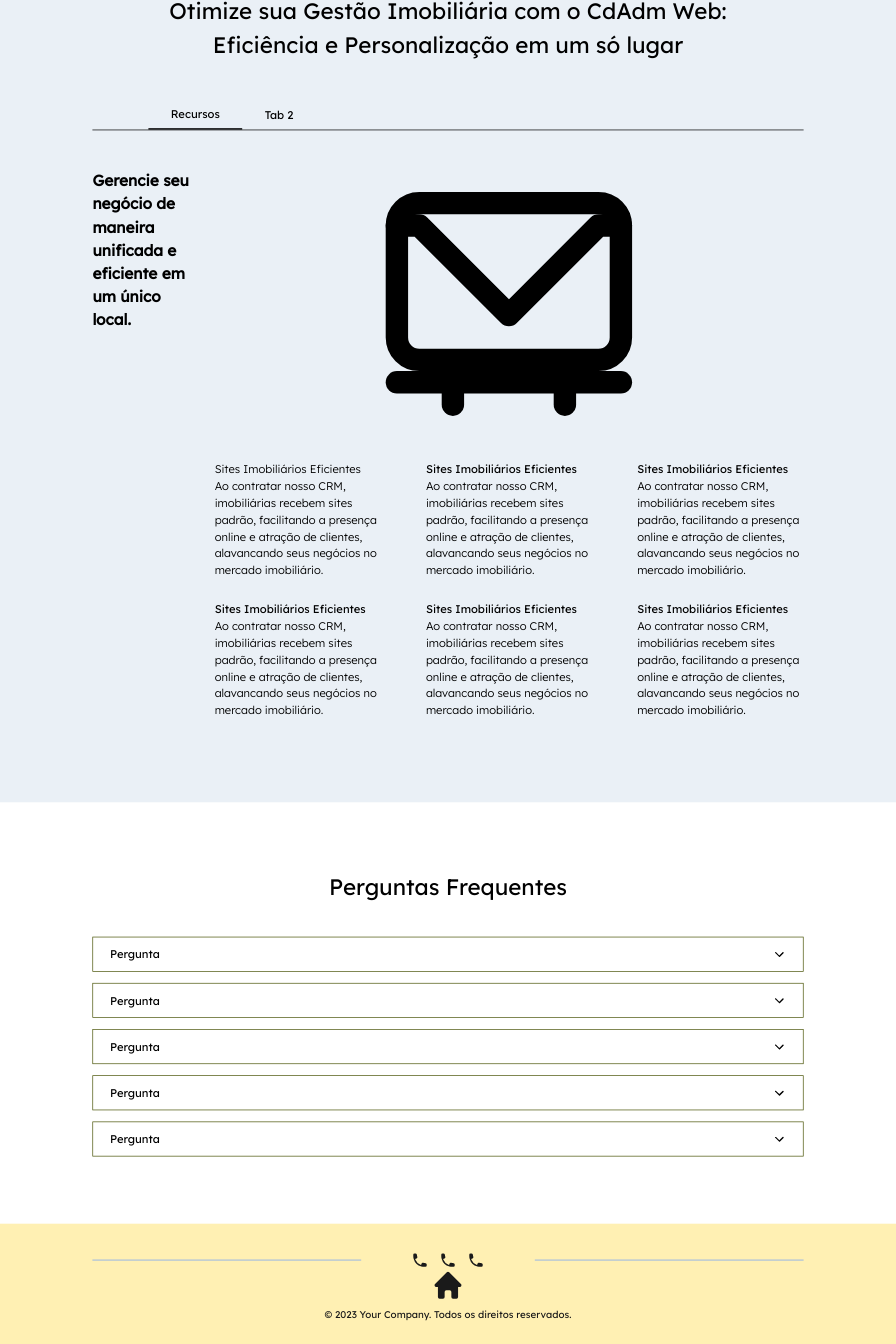
Repository: VereAbsolutum/site-institucional
Page: /cdAdmgrafico
The author's editor kept a copy of each file at every save. The page is drawn from the files as they stood at one save, then again after the next save.
The browser window is 1280 px wide. The pictures show the part of the page from y = 1233 to 3153 px (the page is 3162 px tall before and 3195 px after), at 70% of full size.
The project was rebuilt for these pictures with package versions that can differ from the ones it lists, and the page was loaded fresh each time. Also part of the build but not shown: vite.config.ts, src/presentation/components/buttons/button-base.tsx, src/presentation/components/buttons/button-border-primary.tsx, src/presentation/components/buttons/button-primary.tsx, src/presentation/components/links/link-border-primary.tsx, src/presentation/components/links/link-border-white.tsx, src/presentation/components/typography/display.tsx, src/presentation/components/typography/paragraph-small.tsx and 12 more.

Above is the page before, as saved 2023-04-16 19:36:22.

### src/App.tsx
import React from 'react'
import { BrowserRouter, Routes, Route } from "react-router-dom"
import { Home, NotFound, Product } from './presentation/pages'

const App: React.FC = () => {
  return (
    <BrowserRouter >
      <Routes>
        <Route path='/' element={<Home />} />
        <Route path='/cdAdmgrafico' element={<Product />} />
        <Route path='*' element={<NotFound />} />
      </Routes>
    </BrowserRouter>
  )
}

export default App

### src/index.css
@import url('https://fonts.googleapis.com/css2?family=Lexend+Deca:wght@300;400&family=Manrope:wght@800&family=Playfair+Display:wght@500&display=swap');

@tailwind base;
@tailwind components;
@tailwind utilities;

### src/presentation/pages/index.ts
export { default as Home } from './home/home'
export { default as Product } from './product/product'
export { default as NotFound } from './not-found/notFound'

### src/presentation/pages/product/product.tsx
import { Tab } from '@headlessui/react';
import { MapPinIcon } from '@heroicons/react/24/solid';
import React, { useState } from 'react';
import { Accordion, Footer, Header, LinkPrimary, TabButton, TabPanel, TextHeading1, TextHeading2, TextHeading3, TextParagraph } from '../../components';

export type Pergunta = {
    title: string,
    content: string
}

const product: React.FC = () => {
    const [activeTab, setActiveTab] = useState(0);

    const perguntasFrequentes: Pergunta[] = [
        {
            title: 'Pergunta',
            content: 'Resposta para a pergunta 1. Lorem ipsum dolor sit amet, consectetur adipiscing elit.'
        },
        {
            title: 'Pergunta',
            content: 'Resposta para a pergunta 1. Lorem ipsum dolor sit amet, consectetur adipiscing elit.'
        },
        {
            title: 'Pergunta',
            content: 'Resposta para a pergunta 1. Lorem ipsum dolor sit amet, consectetur adipiscing elit.'
        },
        {
            title: 'Pergunta',
            content: 'Resposta para a pergunta 1. Lorem ipsum dolor sit amet, consectetur adipiscing elit.'
        },
        {
            title: 'Pergunta',
            content: 'Resposta para a pergunta 1. Lorem ipsum dolor sit amet, consectetur adipiscing elit.'
        },
    ]

    return (
        <>
            <Header />
            <main>
                <section>
                    <div className='container py-12 mb-12'>
                        <div className='grid grid-cols-1 sm:grid-cols-2'>
                            <div className='flex justify-center items-center'>
                                <svg xmlns="http://www.w3.org/2000/svg" width="150" height="150" viewBox="0 0 24 24" fill="none" stroke="currentColor" strokeWidth="2" strokeLinecap="round" strokeLinejoin="round" className="w-full h-auto sm:max-w-sm">
                                    <rect x="2" y="3" width="20" height="14" rx="2" ry="2"></rect>
                                    <path d="M22 5H20L12 13L4 5H2"></path>
                                    <line x1="2" y1="19" x2="22" y2="19"></line>
                                    <line x1="7" y1="19" x2="7" y2="21"></line>
                                    <line x1="17" y1="19" x2="17" y2="21"></line>
                                </svg>
                            </div>

                            <div className='sm:pt-10'>
                                <p className='m-0'>
                                    <MapPinIcon className="w-6 h-6 text-indigo-600 inline-block mr-2" />
                                    <TextParagraph className='text-semibold'>CdAdm Web</TextParagraph>
                                </p>
                                <h1 className='mb-4'>
                                    <TextHeading1>
                                        CRM para sua Empresa
                                    </TextHeading1>
                                </h1>
                                <div className='mb-4'>
                                    <LinkPrimary className='py-4 block md:inline-block text-center lg:text-left hidden'>
                                        Começe agora e peça uma demonstração
                                    </LinkPrimary>
                                    <LinkPrimary className='py-4 block md:hidden text-center lg:text-left'>
                                        Peça uma demonstração
                                    </LinkPrimary>
                                </div>

                                <p className='mb-4 pr-12'>
                                    <TextParagraph>
                                        O CdAdm Web é uma solução inovadora em CRM para imobiliárias, otimizando a gestão do seu negócio e fortalecendo sua marca no mundo digital. Eficiência na palma da sua mão.
                                    </TextParagraph>
                                </p>
                            </div>
                        </div>
                    </div>
                </section>

                <section>
                    <div className='container py-12 mb-12'>
                        <div className='grid sm:grid-cols-2'>
                            <div className='sm:pr-32'>
                                <h2 className='mb-4'>
                                    <TextHeading2>
                                        Tudo dentro de uma só plataforma
                                    </TextHeading2>
                                </h2>
                                <p className='mb-4'>
                                    <TextParagraph>
                                        O CdAdm Web oferece um dashboard personalizável adaptado às necessidades do usuário, permitindo o fácil acesso a informações relevantes. Com a possibilidade de adicionar novos cadastros rapidamente, a plataforma simplifica e agiliza a gestão imobiliária.
                                    </TextParagraph>
                                </p>
                                <p>
                                    <TextParagraph>
                                        Além disso, o sistema permite visualizar os bens dos proprietários e gerenciar cadastros de pessoas jurídicas e seus sócios, facilitando o acompanhamento de informações importantes para o sucesso do seu negócio imobiliário.
                                    </TextParagraph>
                                </p>
                            </div>

                            <div className='flex justify-center items-center'>
                                <svg xmlns="http://www.w3.org/2000/svg" width="150" height="150" viewBox="0 0 24 24" fill="none" stroke="currentColor" strokeWidth="2" strokeLinecap="round" strokeLinejoin="round" className="w-full h-auto sm:max-w-sm">
                                    <rect x="2" y="3" width="20" height="14" rx="2" ry="2"></rect>
                                    <path d="M22 5H20L12 13L4 5H2"></path>
                                    <line x1="2" y1="19" x2="22" y2="19"></line>
                                    <line x1="7" y1="19" x2="7" y2="21"></line>
                                    <line x1="17" y1="19" x2="17" y2="21"></line>
                                </svg>
                            </div>
                        </div>

                    </div>
                </section>

                <section className='bg-blue-light border-0'>
                    <div className='container py-20 mb-12'>
                        <h2 className='text-center px-20 mb-14'>
                            <TextHeading2 >
                                Otimize sua Gestão Imobiliária com o CdAdm Web: Eficiência e Personalização em um só lugar
                            </TextHeading2>
                        </h2>
                        <div>

                            <div className="flex border-b mb-4 px-20">
                                <TabButton title="Recursos" active={activeTab === 0} onClick={() => setActiveTab(0)} />
                                <TabButton title="Tab 2" active={activeTab === 1} onClick={() => setActiveTab(1)} />
                            </div>
                            <TabPanel active={activeTab === 0}>

                                <div className="grid grid-cols-6 gap-8 py-10">
                                    <div>
                                        <h3 className='font-600'>
                                            <TextHeading3>
                                                Gerencie seu negócio de maneira unificada e eficiente em um único local.
                                            </TextHeading3>
                                        </h3>
                                    </div>
                                    <div className='col-span-5'>
                                        <div className='grid gap-8'>
                                            <div className='flex justify-center items-center'>
                                                <svg xmlns="http://www.w3.org/2000/svg" width="150" height="150" viewBox="0 0 24 24" fill="none" stroke="currentColor" strokeWidth="2" strokeLinecap="round" strokeLinejoin="round" className="w-full h-auto sm:max-w-sm">
                                                    <rect x="2" y="3" width="20" height="14" rx="2" ry="2"></rect>
                                                    <path d="M22 5H20L12 13L4 5H2"></path>
                                                    <line x1="2" y1="19" x2="22" y2="19"></line>
                                                    <line x1="7" y1="19" x2="7" y2="21"></line>
                                                    <line x1="17" y1="19" x2="17" y2="21"></line>
                                                </svg>
                                            </div>
                                            <div className='grid grid-cols-3 gap-x-16 gap-y-8'>
                                                <div>
                                                    <h3 >
                                                        <TextParagraph >
                                                            Sites Imobiliários Eficientes
                                                        </TextParagraph>
                                                    </h3>
                                                    <p>
                                                        <TextParagraph>
                                                            Ao contratar nosso CRM, imobiliárias recebem sites padrão, facilitando a presença online e atração de clientes, alavancando seus negócios no mercado imobiliário.
                                                        </TextParagraph>
                                                    </p>
                                                </div>

                                                <div>
                                                    <h3>
                                                        <TextParagraph className='font-500'>
                                                            Sites Imobiliários Eficientes
                                                        </TextParagraph>
                                                    </h3>
                                                    <p>
                                                        <TextParagraph>
                                                            Ao contratar nosso CRM, imobiliárias recebem sites padrão, facilitando a presença online e atração de clientes, alavancando seus negócios no mercado imobiliário.
                                                        </TextParagraph>
                                                    </p>
                                                </div>

                                                <div>
                                                    <h3>
                                                        <TextParagraph className='font-500'>
                                                            Sites Imobiliários Eficientes
                                                        </TextParagraph>
                                                    </h3>
                                                    <p>
                                                        <TextParagraph>
                                                            Ao contratar nosso CRM, imobiliárias recebem sites padrão, facilitando a presença online e atração de clientes, alavancando seus negócios no mercado imobiliário.
                                                        </TextParagraph>
                                                    </p>
                                                </div>

                                                <div>
                                                    <h3>
                                                        <TextParagraph className='font-500'>
                                                            Sites Imobiliários Eficientes
                                                        </TextParagraph>
                                                    </h3>
                                                    <p>
                                                        <TextParagraph>
                                                            Ao contratar nosso CRM, imobiliárias recebem sites padrão, facilitando a presença online e atração de clientes, alavancando seus negócios no mercado imobiliário.
                                                        </TextParagraph>
                                                    </p>
                                                </div>

                                                <div>
                                                    <h3>
                                                        <TextParagraph className='font-500'>
                                                            Sites Imobiliários Eficientes
                                                        </TextParagraph>
                                                    </h3>
                                                    <p>
                                                        <TextParagraph>
                                                            Ao contratar nosso CRM, imobiliárias recebem sites padrão, facilitando a presença online e atração de clientes, alavancando seus negócios no mercado imobiliário.
                                                        </TextParagraph>
                                                    </p>
                                                </div>
                                                <div>
                                                    <h3>
                                                        <TextParagraph className='font-500'>
                                                            Sites Imobiliários Eficientes
                                                        </TextParagraph>
                                                    </h3>
                                                    <p>
                                                        <TextParagraph>
                                                            Ao contratar nosso CRM, imobiliárias recebem sites padrão, facilitando a presença online e atração de clientes, alavancando seus negócios no mercado imobiliário.
                                                        </TextParagraph>
                                                    </p>
                                                </div>
                                            </div>
                                        </div>
                                    </div>
                                </div>
                            </TabPanel>
                            <TabPanel active={activeTab === 1}>
                                <div className="grid grid-cols-2 gap-4">
                                    <div>

                                    </div>
                                    <div>

                                    </div>
                                </div>
                            </TabPanel>
                        </div>
                    </div>
                </section>

                <section>
                    <div className='container py-12 mb-12'>
                        <h2 className='text-center mb-12'>
                            <TextHeading2 >
                                Perguntas Frequentes
                            </TextHeading2>
                        </h2>
                        <div className='grid gap-4'>
                            {perguntasFrequentes && perguntasFrequentes.map((pergunta, index) =>
                                <Accordion key={index} title={pergunta.title}>
                                    {pergunta.content}
                                </Accordion>
                            )}
                        </div>
                    </div>
                </section>
                <Footer />
            </main>
        </>
    )
};

export default product;

### src/presentation/components/links/link-primary.tsx
// FilledButton.tsx
import React from 'react';
import { LinkBase } from '..';
import { LinkBaseProps } from './link-base/link-base';

const linkPrimary: React.FC<LinkBaseProps> = ({ className, ...rest }) => {
    const baseClasses = 'px-4 py-1 text-lg font-400 text-black duration-100 bg-yellow hover:bg-yellow-40';

    return <LinkBase className={`${baseClasses} ${className}`} {...rest} />;
};

export default linkPrimary;

### src/presentation/components/typography/text-base.tsx
import React from 'react';

export type TextBaseProps = React.HTMLAttributes<HTMLSpanElement> & {
    className?: string;
};

const textBase: React.FC<TextBaseProps> = ({ children, className, ...rest }) => {
    const baseClasses = '';

    return (
        <span className={`${baseClasses} ${className}`} {...rest}>
            {children}
        </span>
    );
};

export default textBase;

### src/presentation/components/typography/heading1.tsx
import React from 'react';
import { TextBase } from '..';
import { TextBaseProps } from './text-base';

const textHeading1: React.FC<TextBaseProps> = ({ children, className, ...rest }) => {
    const baseClasses = 'text-2xl font-semibold';

    return (
        <TextBase className={baseClasses}>
            {children}
        </TextBase>
    );
};

export default textHeading1;

### src/presentation/components/typography/heading2.tsx
import React from 'react';
import { TextBase } from '..';
import { TextBaseProps } from './text-base';

const textHeading2: React.FC<TextBaseProps> = ({ children, className, ...rest }) => {
    const baseClasses = 'text-xxl font-semibold';

    return (
        <TextBase className={baseClasses}>
            {children}
        </TextBase>
    );
};

export default textHeading2;

### src/presentation/components/typography/heading3.tsx
import React from 'react';
import { TextBase } from '..';
import { TextBaseProps } from './text-base';

const textHeading3: React.FC<TextBaseProps> = ({ children, className, ...rest }) => {
    const baseClasses = 'text-xl font-semibold';

    return (
        <TextBase className={baseClasses}>
            {children}
        </TextBase>
    );
};

export default textHeading3;

### src/presentation/components/typography/paragraph.tsx
import React from 'react';
import { TextBase } from '..';
import { TextBaseProps } from './text-base';

const textParagraph: React.FC<TextBaseProps> = ({ children, className, ...rest }) => {
    const baseClasses = 'text-base font-300';

    return (
        <TextBase className={`${baseClasses} ${className}`} {...rest}>
            {children}
        </TextBase>
    );
};

export default textParagraph;

### src/presentation/components/typography/menu.tsx
import React from 'react';
import { TextBase } from '..';
import { TextBaseProps } from './text-base';

const textMenu: React.FC<TextBaseProps> = ({ children, className, ...rest }) => {
    const baseClasses = 'text-lg font-500';

    return (
        <TextBase className={`${baseClasses} ${className}`} {...rest}>
            {children}
        </TextBase>
    );
};

export default textMenu;

### src/presentation/components/tab/tab.tsx
// Tab.tsx
import React from 'react';

export type TabProps = {
    title: string;
    active: boolean;
    onClick: () => void;
}

const tabButton: React.FC<TabProps> = ({ title, active, onClick }) => {
    return (
        <button
            onClick={onClick}
            className={`px-4 py-2 font-semibold px-8 ${active ? 'text-indigo-600 border-b-2 border-indigo-600' : 'text-gray-600'
                }`}
        >
            {title}
        </button>
    );
};

export default tabButton;

### src/presentation/components/tab/tab-painel.tsx
// TabPanel.tsx
import React, { ReactNode } from 'react';

export type TabPanelProps = {
    active: boolean,
    children: ReactNode
}

const tabPanel: React.FC<TabPanelProps> = ({ active, children }) => {
    return <div className={`${active ? 'block' : 'hidden'}`}>{children}</div>;
};

export default tabPanel;

### src/presentation/components/header/components/index.ts
export { default as MobileMenu } from './mobile-menu'
export { default as MainMenu } from './main-menu'

Loaded but not shown: index.html (common file); src/main.tsx (common file); tailwind.config.js (59 lines, source omitted); src/presentation/components/header/components/mobile-menu.tsx (118 lines, source omitted); src/presentation/components/header/components/main-menu.tsx (79 lines, source omitted); src/presentation/components/header/header.tsx (86 lines, source omitted); src/presentation/components/index.ts (33 lines, source omitted); src/presentation/components/footer/footers.tsx (35 lines, source omitted); src/presentation/components/accordion/accordion.tsx (39 lines, source omitted); src/presentation/components/links/link-base/link-base.tsx (18 lines, source omitted)

After the next save:
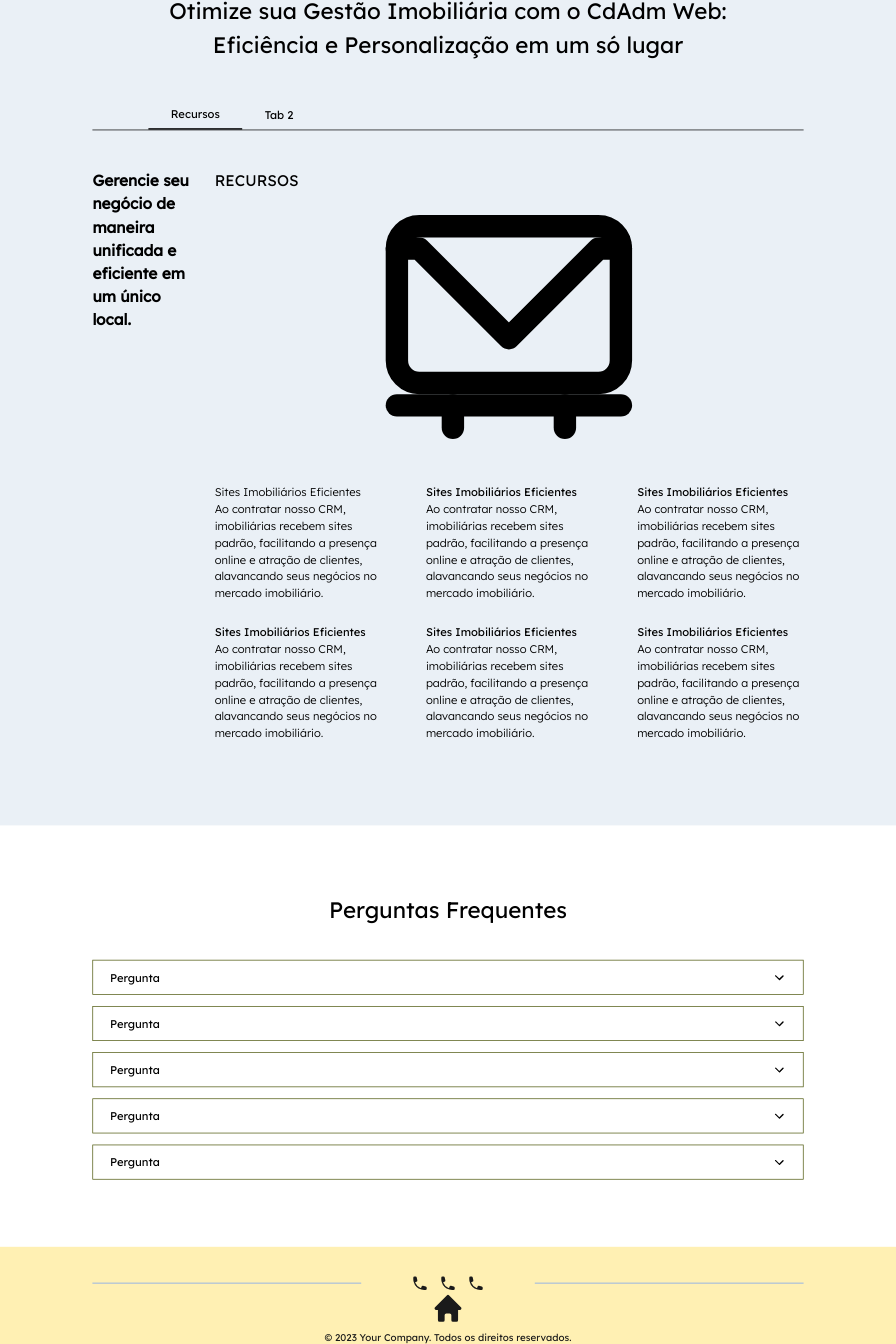
Saved 62 s later.
--- a/src/presentation/pages/product/product.tsx
+++ b/src/presentation/pages/product/product.tsx
@@ -139,6 +139,11 @@ const product: React.FC = () => {
                                         </h3>
                                     </div>
                                     <div className='col-span-5'>
+                                        <h3>
+                                            <TextHeading3>
+                                                RECURSOS
+                                            </TextHeading3>
+                                        </h3>
                                         <div className='grid gap-8'>
                                             <div className='flex justify-center items-center'>
                                                 <svg xmlns="http://www.w3.org/2000/svg" width="150" height="150" viewBox="0 0 24 24" fill="none" stroke="currentColor" strokeWidth="2" strokeLinecap="round" strokeLinejoin="round" className="w-full h-auto sm:max-w-sm">
